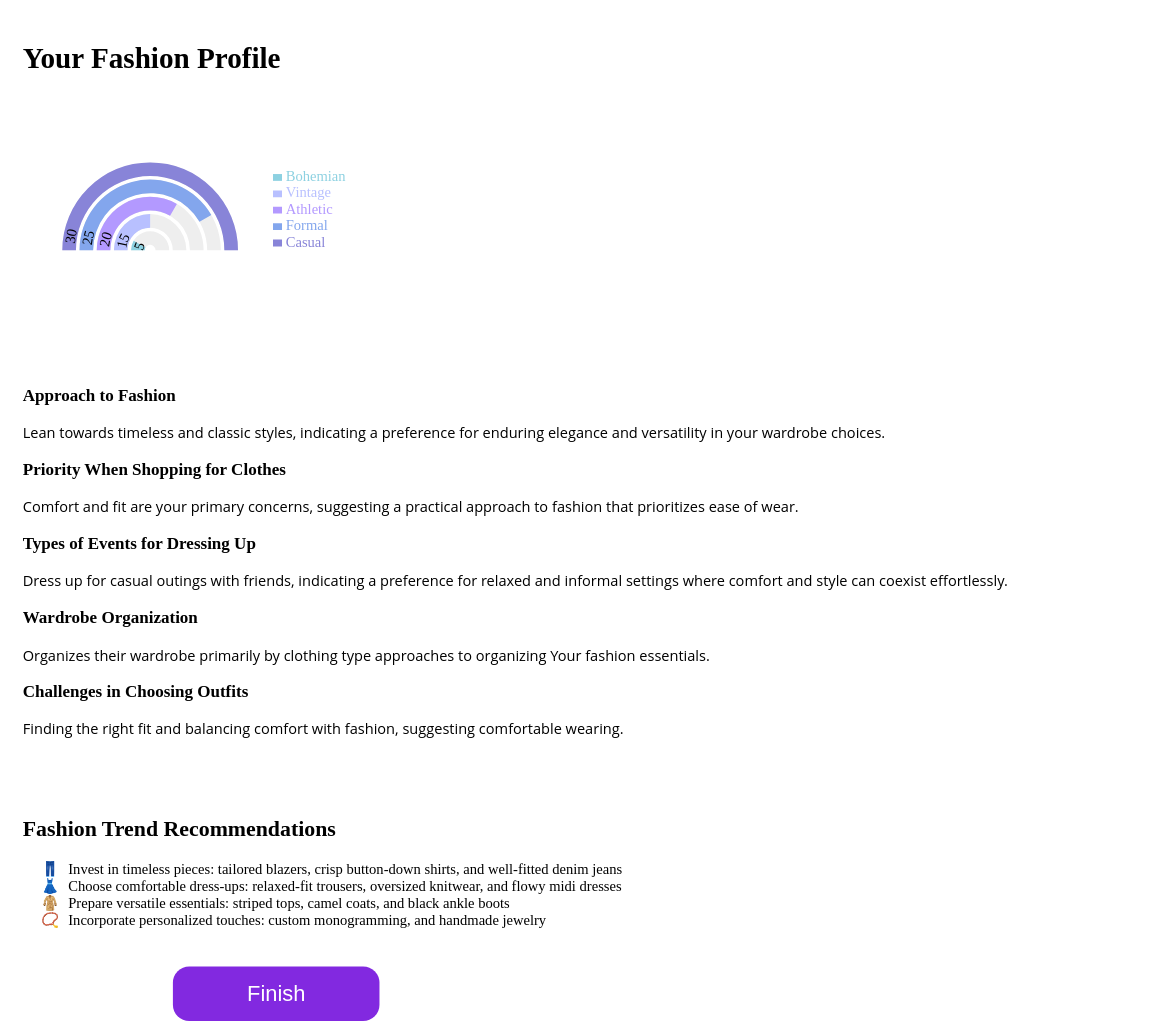
Repository: navnneett/clotho
Page: /QuizQuestions/Chart
An editor plug-in stored every save of this project. The page is shown before and after the next save, followed by the edit.
The browser window is 1280 px wide. The pictures show the whole page, at 91% of full size.
The project was rebuilt for these pictures with package versions that can differ from the ones it lists, and the page was loaded fresh each time. The framework's server and built-in components were replaced by stand-ins that run in the browser. Also part of the build but not shown: next.config.js, next.config.mjs.

Above is the page before, as saved 2024-04-06 19:19:40.

After the next save:
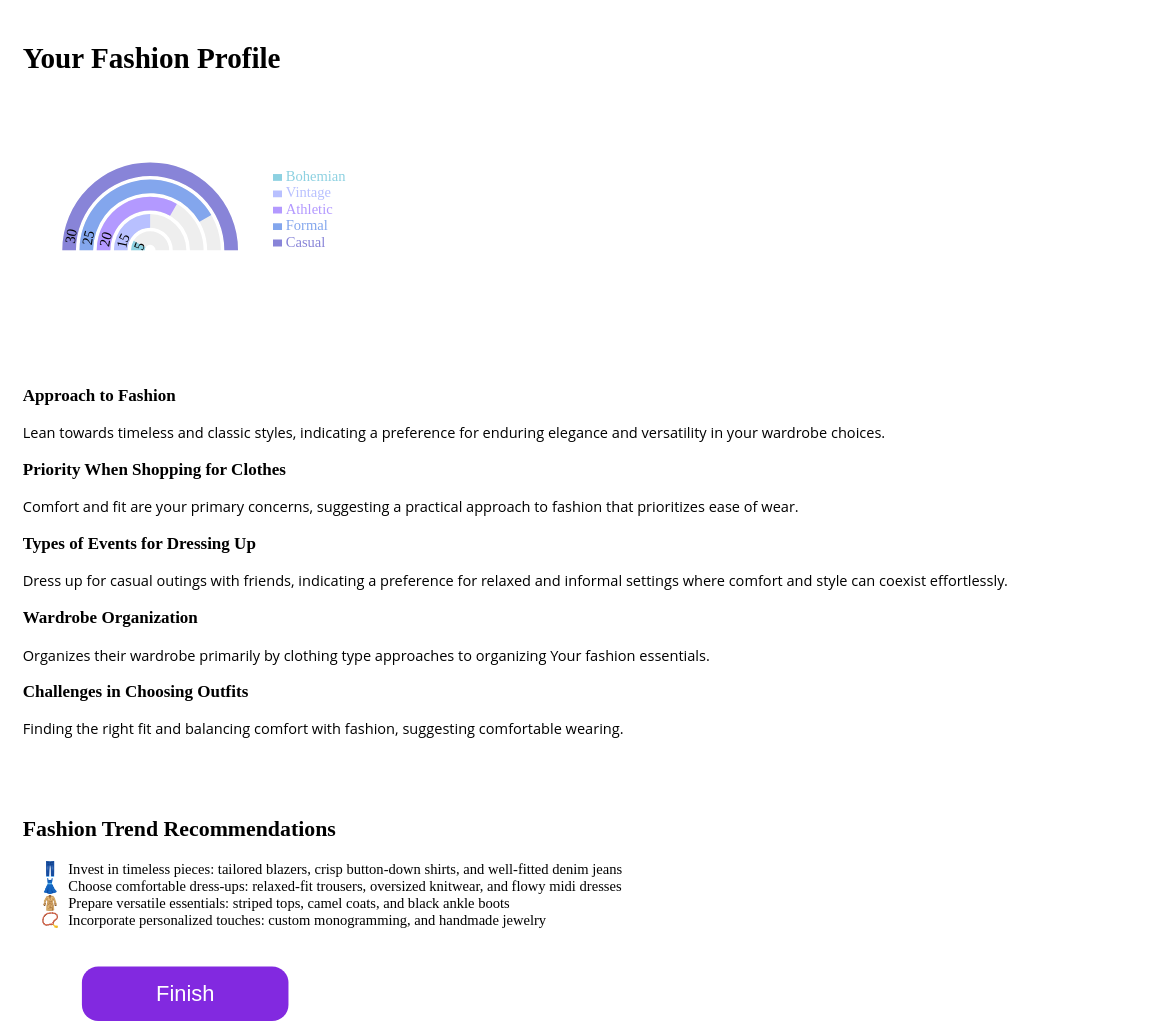
Saved 5 s later.
--- a/styles/Chart.module.css
+++ b/styles/Chart.module.css
@@ -31,5 +31,5 @@
 }
 
 .buttonPosition {
-    padding-left: 190px;
+    padding-left: 90px;
 }
